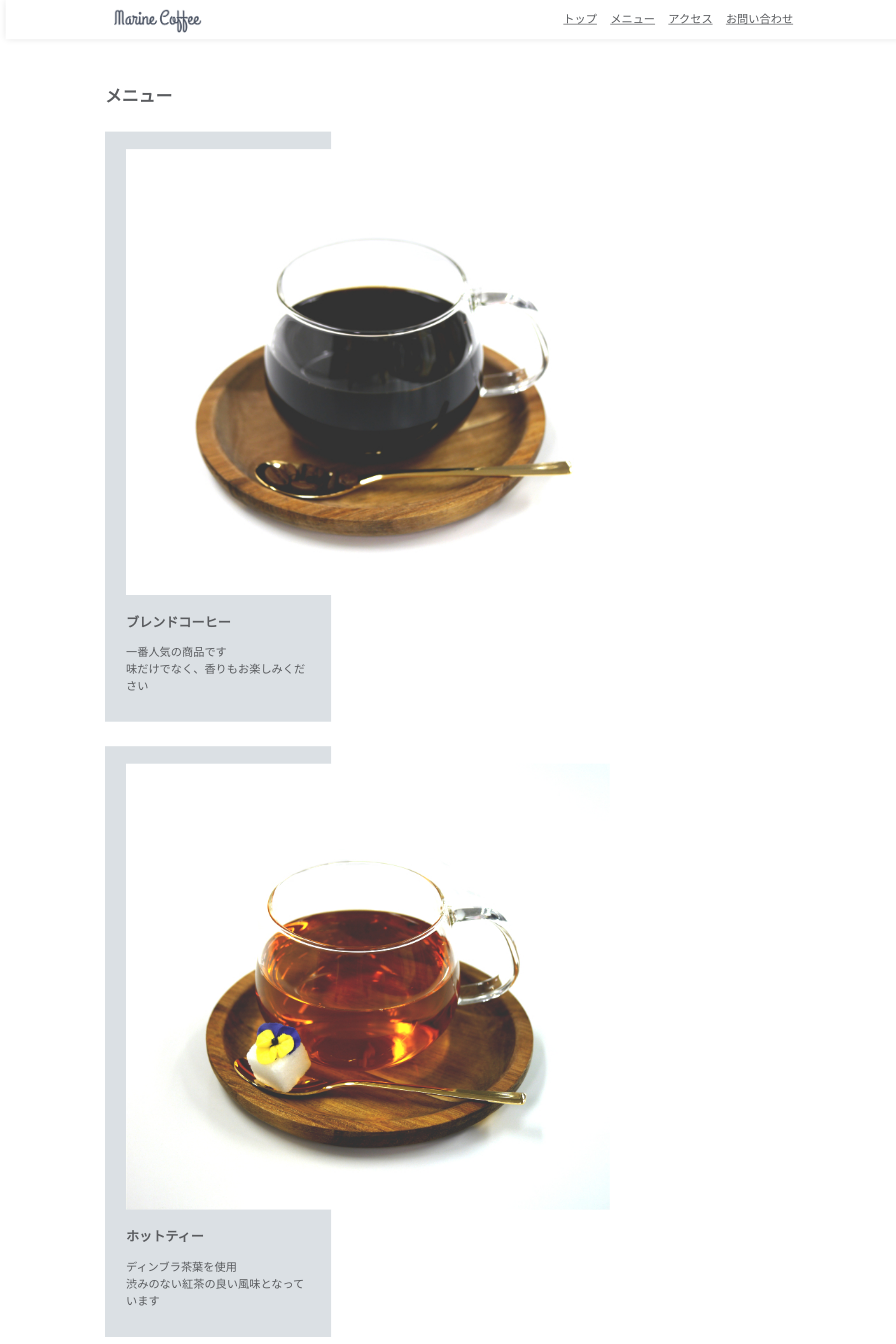
Repository: Kazuya888/samurai_HTML-CSS
Page: marine_coffee/menu.html
The author's editor kept a record of every edit. The page is drawn from the files as they stood at one moment, then again after the next edit.
The browser window is 1280 px wide. The pictures show the part of the page from y = 0 to 1920 px (the page is 4753 px tall before and 2882 px after), at 70% of full size.

Above is the page before.

### marine_coffee/menu.html
<!DOCTYPE html>
<html>
    <head>
        <meta charset="utf-8">
        <title>Marine Coffee</title>
        <link rel="stylesheet" href="common.css">
        <link rel="stylesheet" href="menu.css">
    </head>
    <body>
<!----------ヘッダー---------------->
          <div class="header">
             <div class="container">
         <div class="header-left">
          <img class="header-logo" src="images/logo.png"
    alt="Marine Coffee"> </div>
 <div class="header-right">
    <a href="index1.html">トップ</a>
    <a href="menu.html">メニュー</a>
    <a href="access.html">アクセス</a>
    <a href="contact.html">お問い合わせ</a>
       </div>
         </div>
 <div class="clear"></div>
     </div>
</div>
<!------------メニュー------------------>
<div class="menu">
    <div class='container'>
        <h2>メニュー</h2>
        <div class="menu-card-wrapper">
 <!----------ブレンドコーヒー----------->
            <div class="menu-card">
                <div class= "menu-card-inner">
                    <img class="menu-image" src="images/blend-coffee.jpg"
                    alt="ブレンドコーヒー">
                    <h3 class="menu-title">ブレンドコーヒー</h3>
                    <p class="menu-text">
                    一番人気の商品です
                    <br>
                    味だけでなく、香りもお楽しみください
                    </p>
                </div>
            </div>
<!----------ホットティー------------>
             <div class="menu-card">
                <div class= "menu-card-inner">
                    <img class="menu-image" src="images/hot-tea.jpg"
                    alt="ホットティー">
                    <h3 class="menu-title">ホットティー</h3>
                    <p class="menu-text">
                   ディンブラ茶葉を使用
                    <br>
                    渋みのない紅茶の良い風味となっています
                    </p>
                </div>
            </div>
<!----------ハイビスカスティー------->
             <div class="menu-card">
                <div class= "menu-card-inner">
                    <img class="menu-image" src="images/hibiscus-tea.jpg"
                    alt="ハイビスカスティー">
                    <h3 class="menu-title">ハイビスカスティー</h3>
                    <p class="menu-text">
                    すっきりとした味わいが人気の商品です
                    <br>
                    エジプト産のハイビスカスを使用
                    </p>
                </div>
            </div>
<!----------レモネード--------------->
            <div class="menu-card">
                <div class= "menu-card-inner">
                    <img class="menu-image" src="images/lemonade.jpg"
                    alt="レモネード">
                    <h3 class="menu-title">レモネード</h3>
                    <p class="menu-text">
                    広島県・瀬戸田産のレモンを使用
                    <br>
                    まろやかな酸味が特徴となっています
                    </p>
                </div>
            </div>
<!----------カフェラテ-------------->
            <div class="menu-card">
                <div class= "menu-card-inner">
                    <img class="menu-image" src="images/lemonade.jpg"
                    alt="カフェラテ">
                    <h3 class="menu-title">カフェラテ</h3>
                    <p class="menu-text">
                    広島県・瀬戸田産のレモンを使用
                    <br>
                    まろやかな酸味が特徴となっています
                    </p>
                </div>
            </div>
        </div>
    </div>
</div>

<!--------- フッター---------------->
 <div class="footer">
        <div class="container">
            <div class="footer-left">
                <p>このページをシェアする</p>
               <a href="https://twitter.com/share?ref_src=twsrc%5Etfw"
               class="twitter-share-button"
               data-text="Marine Coffee" data-show-count="false">Tweet</a><script async src="https://platform.twitter.com/widgets.js"
               charset="utf-8"></script>
            </div>
            <div class="footer-right">
                &copy; 2018 Marine Coffee.
            </div>
            <div class="clear"></div>
        </div>
    </div>
    </body>
</html>

### marine_coffee/common.css
@charset "utf-8";
.container {
    max-width: 980px;
    padding: 0 30px;
    margin-left: auto;
    margin-right: auto;
}
.header {
    height: 56px;
    width: 100%;
    box-shadow: 0 0 10px #dddddd;
    background-color: white;
    position: fixed;
    top: 0 ;
}
.header-left{
    float: left;
}
.header-right{
    float: right;
}
.clear{
    clear: both;
}
.header-logo{
    height: 40px;
    margin-top: 8px;
}
.header-right a{
    line-height: 56px;
    color: #5a5c5f;
    margin-left: 5px;
    font-size: 16px;
    padding:16px 5px;
}
.header-right a:hover{
    background-color: #e2f1ff;
    transition: background-color 0.5s;
}
.footer{
    height: 120px;
    background-color: #2f3a44;
    color: #e8e8e8;
    padding-top:20px;
}
.footer-left{
    float: left;
}
.footer-right{
    float: right;
    padding-top: 50px;
}
.footer-left p{
    margin-bottom:8px;
}

### marine_coffee/menu.css
@charset "utf-8";
.menu{
    padding: 90px 0 60px;
    color: #5a5c5f;
}
.menu-card{
    width: 33%;
    margin-top: 35px;
}
.menu-card-inner{
    padding:25px 30px;
    background-color: #dbe0e4;
}

After the next edit:
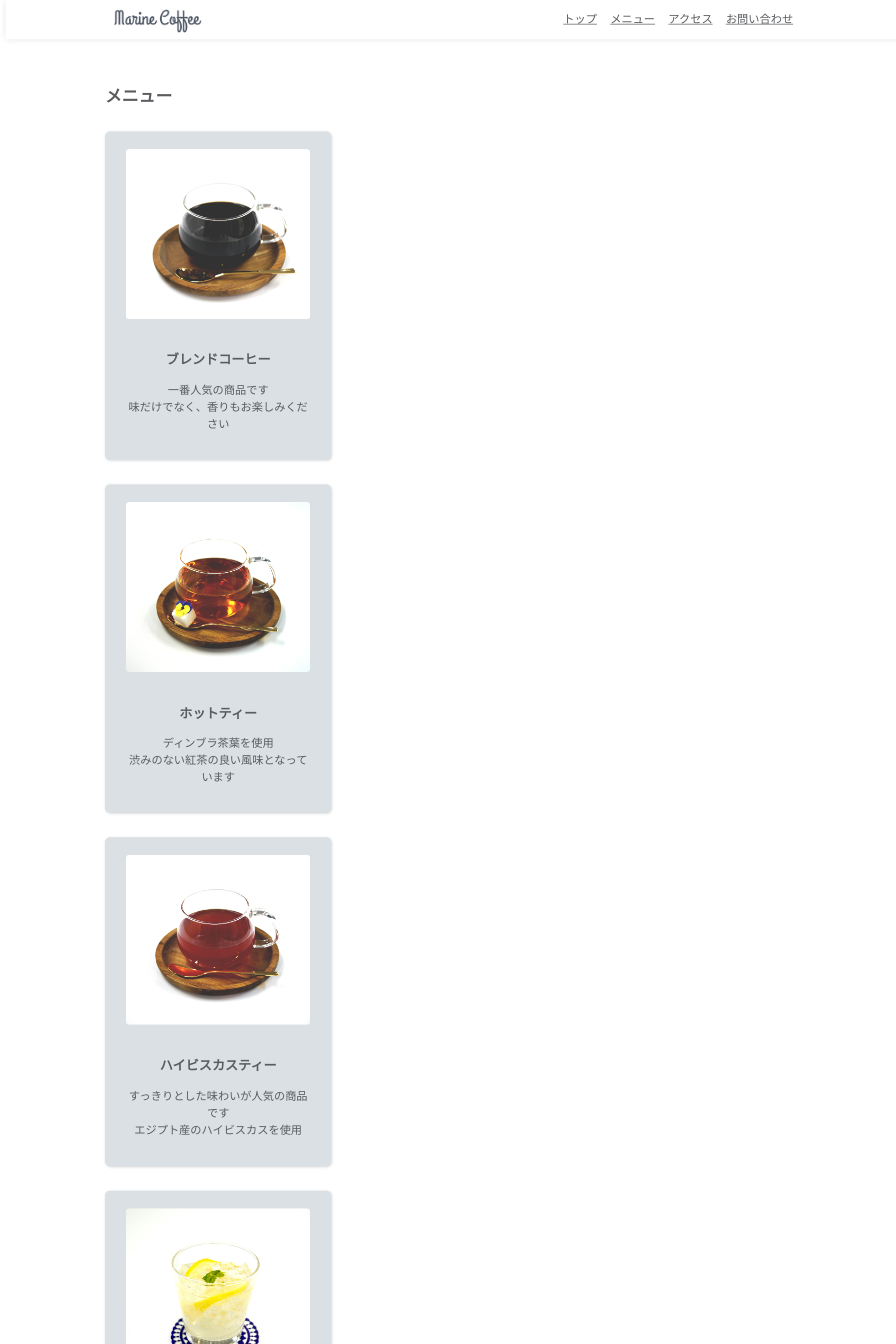
The edit:
--- a/marine_coffee/menu.css
+++ b/marine_coffee/menu.css
@@ -10,4 +10,12 @@
 .menu-card-inner{
     padding:25px 30px;
     background-color: #dbe0e4;
+    border-radius: 7px;
+    box-shadow: 1px 1px 4px #d2d4d6;
+    text-align: center;
 }
+.menu-image{
+    width: 100%;
+    margin-bottom: 20px;
+    border-radius: 5px;
+}
